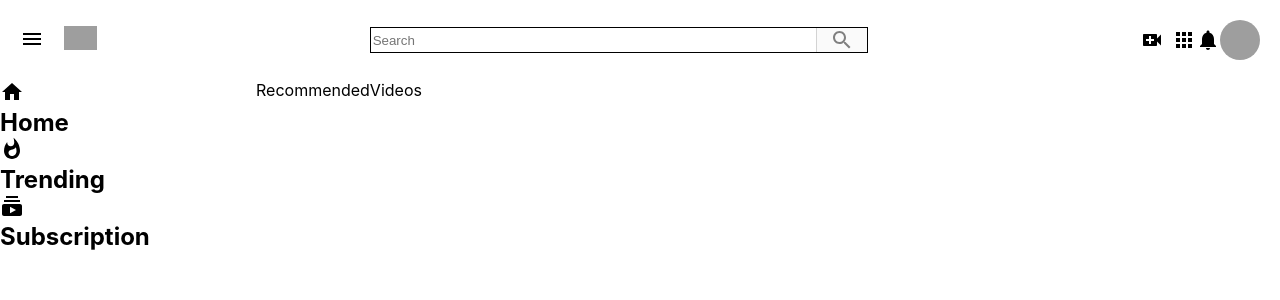
Repository: SubhashiniSundaresan/youtube-clone
Page: /
The author's editor kept a copy of each file at every save. The page is drawn from the files as they stood at one save, then again after the next save.
The browser window is 1280 px wide. The pictures show the whole page.
Pictures or frames that could not be fetched are drawn as grey boxes. The project was rebuilt for these pictures with package versions that can differ from the ones it lists, and the page was loaded fresh each time.

Above is the page before, as saved 2020-12-23 15:54:37.

### src/App.js
import "./App.css";
import Header from "./Header";
import RecommendedVideos from "./RecommendedVideos";
import Sidebar from "./Sidebar";

function App() {
  return (
    <div className='app'>
      <Header />
      <div className='app__page'>
        <Sidebar />
        <RecommendedVideos />
      </div>
    </div>
  );
}

export default App;

### src/App.css
.app__page {
    display: flex;

}

### src/Header.js
import React from "react";
import MenuIcon from "@material-ui/icons/Menu";
import SearchIcon from "@material-ui/icons/Menu";
import { Apps, Notifications, Search, VideoCall } from "@material-ui/icons";
import { Avatar } from "@material-ui/core";
import "./Header.css";
function Header() {
  return (
    <div className='header'>
      <div className='header__left'>
        <MenuIcon />
        <img
          className='header__logo'
          src='https://upload.wikimedia.org/wikipedia/commons/thumb/a/af/Youtube.png/320px-Youtube.png'
          alt=''></img>
      </div>

      <div className='header__input'>
        <input placeholder='Search' type='text'></input>
        <Search className='header__inputButton' />
      </div>
      <div className='header__icons'>
        <VideoCall className='header__icon' />
        <Apps />
        <Notifications />
        <Avatar
          alt='subhashini'
          src='https://yt3.ggpht.com/yti/ANoDKi4bv7sfd1_sBv-rZAj3JLY49-VUpVyAS2WmagLTqA=s108-c-k-c0x00ffffff-no-rj'
        />
      </div>
    </div>
  );
}

export default Header;

### src/RecommendedVideos.js
import React from "react";
import "./RecommendedVideos.css";

function RecommendedVideos() {
  return <div className='recommendedVideos'>RecommendedVideos</div>;
}

export default RecommendedVideos;

### src/Sidebar.js
import { Home, Subscriptions, Whatshot } from "@material-ui/icons";
import React from "react";
import "./Sidebar.css";
import SidebarRow from "./SidebarRow";

function Sidebar() {
  return (
    <div className='sidebar'>
      <SidebarRow Icon={Home} title='Home' />
      <SidebarRow Icon={Whatshot} title='Trending' />
      <SidebarRow Icon={Subscriptions} title='Subscription' />
    </div>
  );
}

export default Sidebar;

### src/Header.css
.header {
    display: flex;
align-items: center;
justify-content: space-between;
padding: 20px;
position: sticky;
top: 0;
z-index:100;
background-color: white;
}

.header__logo {
    height: 25px;
    object-fit: contain;
    margin-left: 20px;

}

.header__icons {
    display: flex;
align-items: center;


}

.header__input {
    display: flex;
align-items: center;
border: 1px solid black;
width: 40%;
}


.header__inputButton {
    width: 50px !important;
    background-color: #fafafa;
    border-left: 1px solid lightgray;
    color: gray;
}

.header__input > input {
    flex:1;
    border: none;
}

.header__icon {
    margin-right: 8px;
}

### src/RecommendedVideos.css
.recommendedVideos {
    flex: 0.8;
}

### src/Sidebar.css
.sidebar {
    flex: 0.2;
}

### src/SidebarRow.js
import React from "react";

function SidebarRow({ Icon, title }) {
  return (
    <div className='sidebarRow'>
      <Icon className='sidebarRow__icon' />
      <h2 className='sidebarRow__title'>{title}</h2>
    </div>
  );
}

export default SidebarRow;

### src/SideBarRow.css
.sidebarRow {
    display: flex;
    align-items: center;
}

.sidebarRow__icon {
color: #606060;
font-size: large !important;

}

.sidebarRow__title {
    flex: 1;
    margin-left: 20px;
    font-size: 12px;
    font-weight: 500;
}

.sidebarRow:hover {
background-color: lightgray;
cursor: pointer;
}

Loaded but not shown: public/index.html (common file); src/index.js (common file); src/index.css (common file); src/reportWebVitals.js (common file)

After the next save:
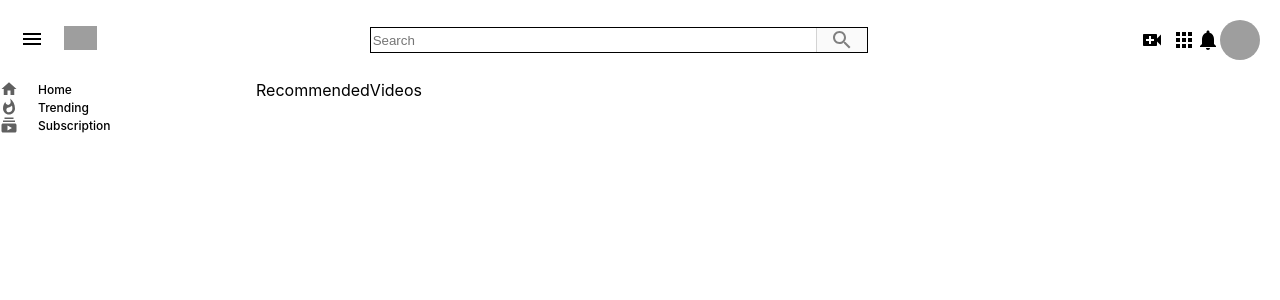
Saved 29 s later.
--- a/src/SidebarRow.js
+++ b/src/SidebarRow.js
@@ -1,5 +1,5 @@
 import React from "react";
-
+import "./SidebarRow.css";
 function SidebarRow({ Icon, title }) {
   return (
     <div className='sidebarRow'>
